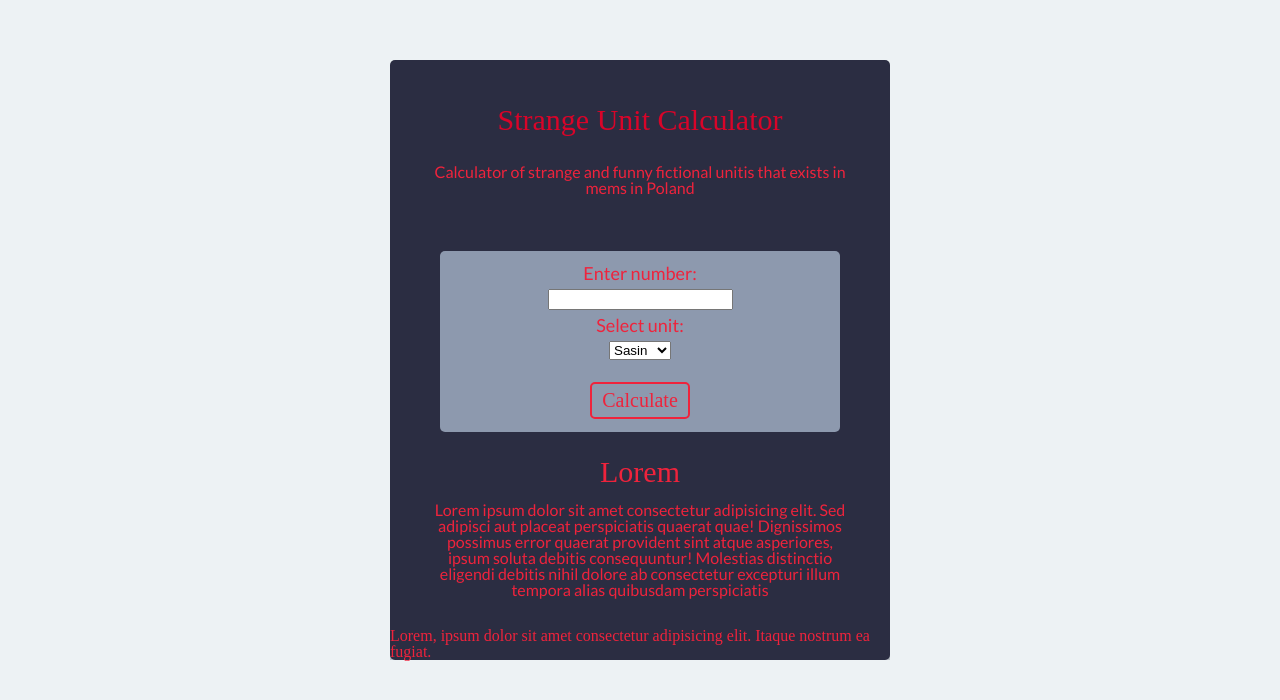
Repository: Gibon9/Calc2
Page: index.html
An editor plug-in stored every save of this project. The page is shown before and after the next save, followed by the edit.
The browser window is 1280 px wide. The pictures show the whole page.
Some web fonts or font styles are not loaded; a fallback is used.

Above is the page before, as saved 2020-11-25 12:26:44.

After the next save:
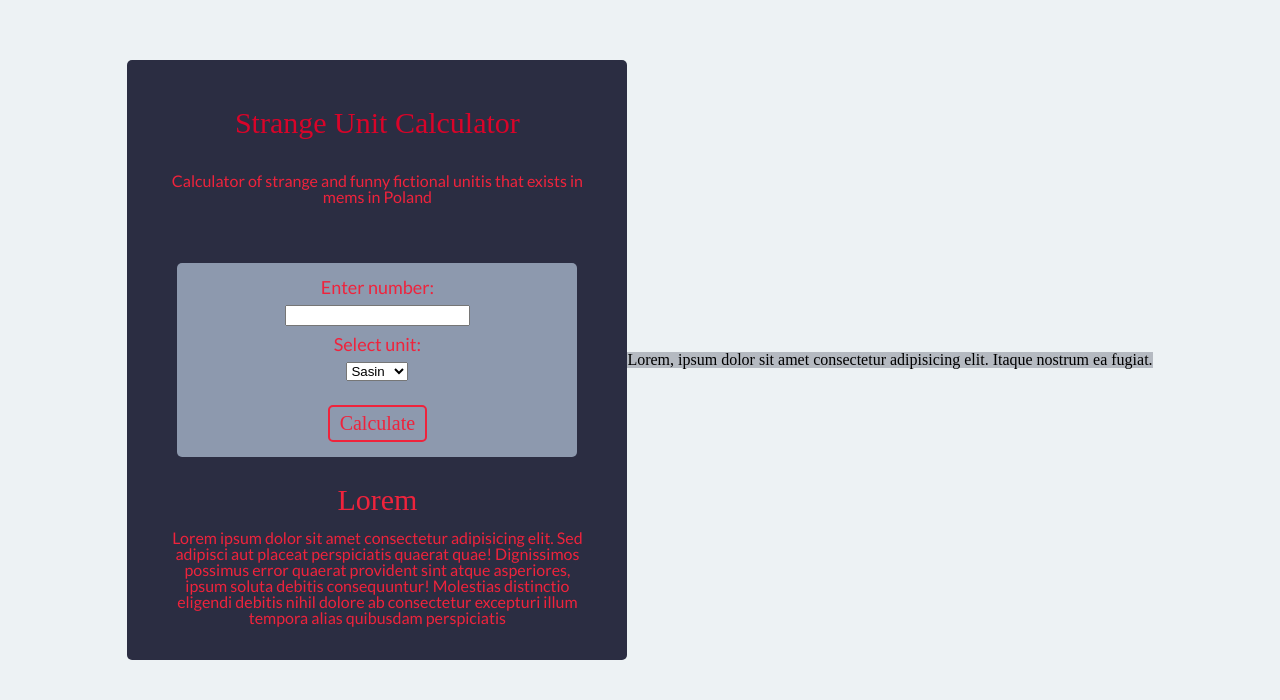
Saved 68 s later.
--- a/index.html
+++ b/index.html
@@ -41,14 +41,13 @@
           consectetur excepturi illum tempora alias quibusdam perspiciatis
         </p>
       </section>
-
-      <section class="score popup">
-        <h2 class="score--text">
-          Lorem, ipsum dolor sit amet consectetur adipisicing elit. Itaque
-          nostrum ea fugiat.
-        </h2>
-      </section>
     </main>
+    <section class="score popup">
+      <h2 class="score--text">
+        Lorem, ipsum dolor sit amet consectetur adipisicing elit. Itaque nostrum
+        ea fugiat.
+      </h2>
+    </section>
 
     <script src="./index.js"></script>
   </body>
